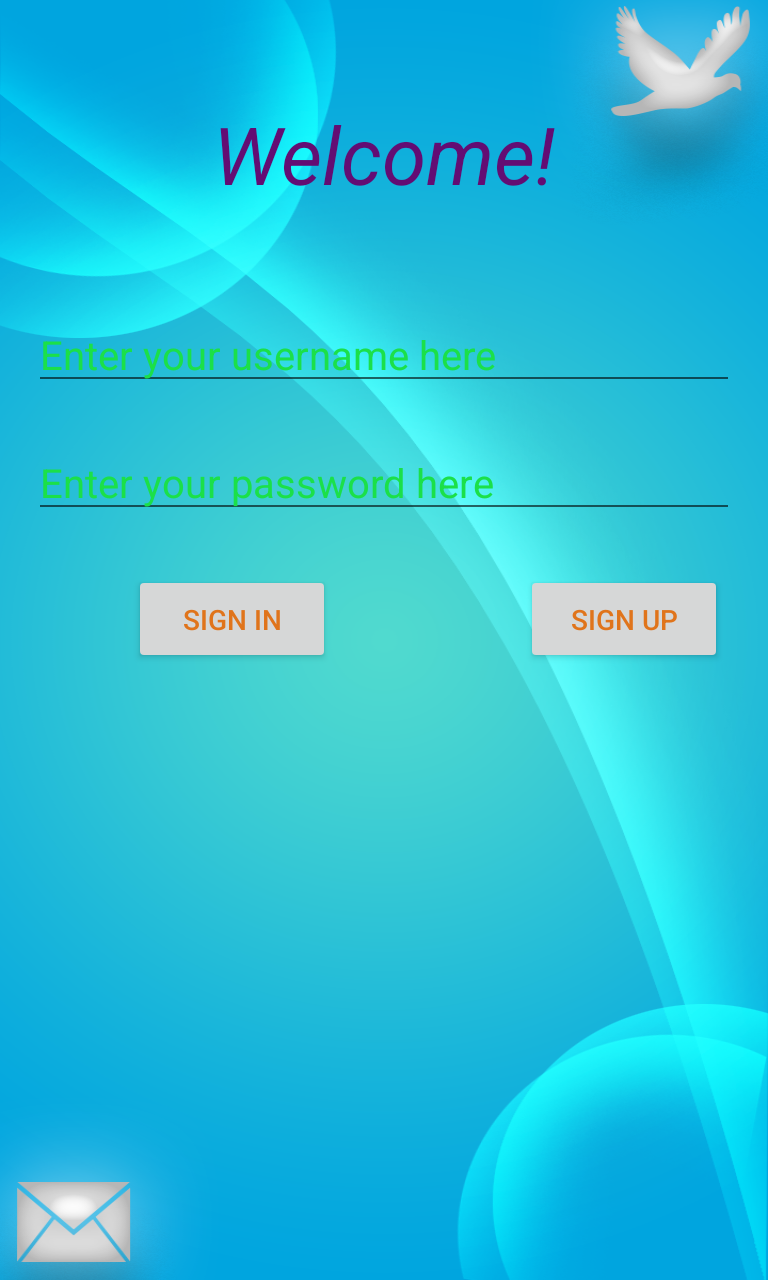
Repository: JodyCoolit/android
Layout: Delivery/res/layout/activity_login.xml
An editor plug-in stored every save of this project. The layout is shown before and after the next save, followed by the edit.
It is drawn on a 768 x 1280 px phone screen (xhdpi) without system bars, with theme AppTheme; the app's code is not run.

Above is the layout before, as saved 2014-08-22 06:45:58.

### Delivery/res/layout/activity_login.xml
<?xml version="1.0" encoding="utf-8"?>
<LinearLayout xmlns:android="http://schemas.android.com/apk/res/android"
    android:layout_width="match_parent"
    android:layout_height="match_parent"
    android:paddingLeft="16dp"
    android:paddingRight="16dp"
    android:orientation="vertical"
    android:background="@drawable/bg_login"
    >

    <TextView
        android:layout_marginTop="50sp"
        android:layout_width="wrap_content"
        android:layout_height="wrap_content"
        android:text="@string/welcome"
        android:textSize="40sp"
        android:layout_gravity="center"
        android:textStyle="italic"
        android:textColor="#630D73"
         />
	<EditText
	    android:id="@+id/et_login_username"
	    android:textColorHint="#1BE049"
	    android:textColor="#1BE011"
	    android:layout_marginTop="50sp"
	    android:textSize="20sp"
        android:layout_width="match_parent"
        android:layout_height="wrap_content"
        android:hint="@string/hint_username" />
    <EditText
        android:id="@+id/et_login_password"
        android:textColor="#1BE011"
        android:textColorHint="#1BE049"
        android:layout_marginTop="20sp"
        android:textSize="20sp"
        android:layout_width="match_parent"
         android:layout_height="wrap_content"
        android:gravity="top"
        android:hint="@string/hint_password" />
    <LinearLayout
        android:layout_width="match_parent"
    	android:layout_height="wrap_content">
        <Button
            android:id="@+id/btn_signin"
	        android:textColor="#E0741B"
	        android:layout_marginTop="10sp"
	        android:layout_marginLeft="50sp"
	        android:layout_width="100dp"
	        android:layout_height="wrap_content"
	        android:layout_gravity="center"
	        android:text="@string/btn_signin" />

        <ProgressBar
        android:id="@+id/pb_login"
        style="?android:attr/progressBarStyleLarge"
        android:layout_width="wrap_content"
        android:layout_height="wrap_content" />

     	<Button
         	android:id="@+id/btn_signup"
	        android:textColor="#E0741B"
	        android:layout_marginTop="10sp"
	        android:layout_marginLeft="20sp"
	        android:layout_width="100dp"
	        android:layout_height="wrap_content"
	        android:layout_gravity="center"
	        android:text="@string/btn_signup" />
    </LinearLayout>

</LinearLayout>

### Delivery/res/values/strings.xml
<?xml version="1.0" encoding="utf-8"?>
<resources>
    <string name="app_name">Delivery</string>
    <string name="signup">Sign Up</string>

    <!-- LoginActivity -->
    <string name="welcome">Welcome!</string>
	<string name="btn_signin">Sign in</string>
	<string name="btn_signup">Sign up</string>
	<string name="hint_username">Enter your username here</string>
	<string name="hint_password">Enter your password here</string>

	<!--  SignupActivity -->
	<string name="tv_signup_username">Username : </string>
	<string name="tv_signup_password">Password : </string>
	<string name="hint_signup_username">E-mail/Username/IC</string>
	<string name="hint_signup_password">Case Sencetive</string>
	<string name="hint_signup_address">Address for delivery</string>
	<string name="tv_signup_phone">Phone : </string>
	<string name="tv_signup_email">E-mail : </string>
	<string name="tv_signup_address">Address : </string>
	<string name="btn_signup_register">Register Now!</string>
</resources>

Loaded but not shown: Delivery/res/values/styles.xml (common file); Delivery/res/values-v11/styles.xml (common file); Delivery/res/values-v14/styles.xml (common file)

After the next save:
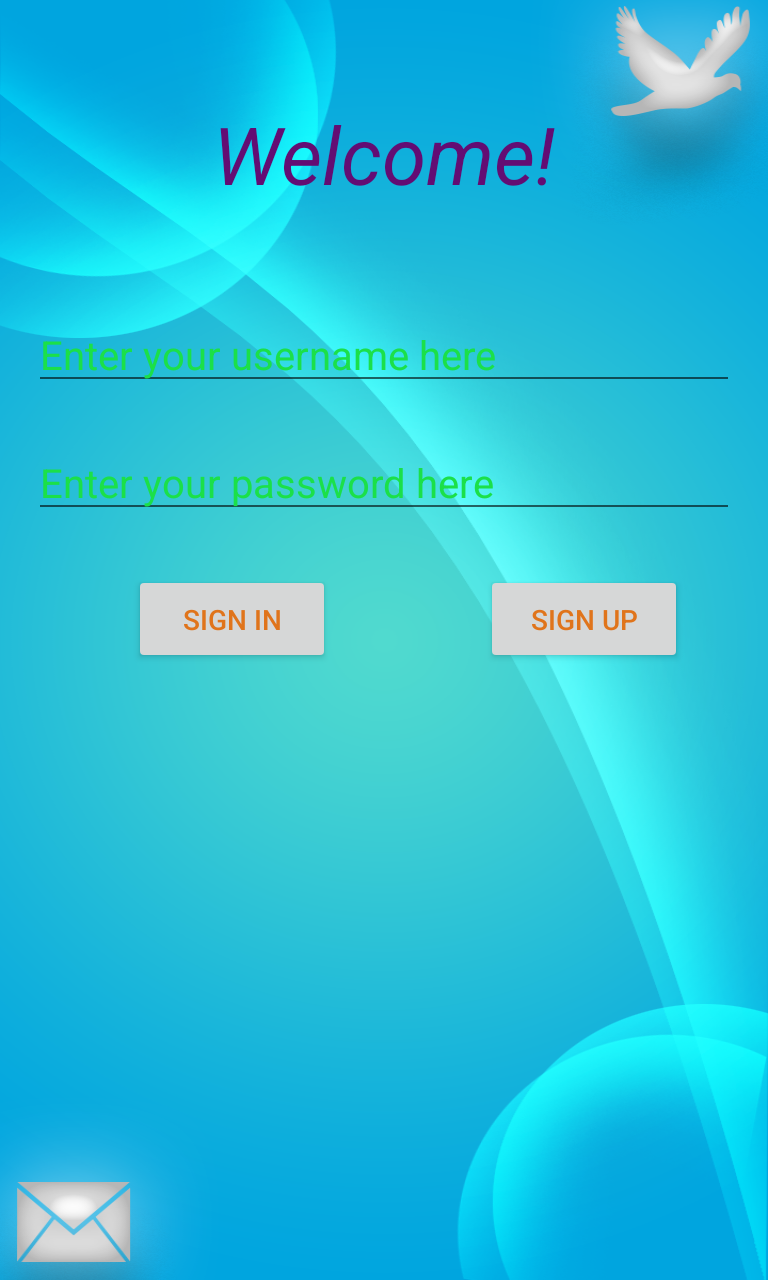
Saved 5 s later.
--- a/Delivery/res/layout/activity_login.xml
+++ b/Delivery/res/layout/activity_login.xml
@@ -60,7 +60,7 @@
          	android:id="@+id/btn_signup"
 	        android:textColor="#E0741B"
 	        android:layout_marginTop="10sp"
-	        android:layout_marginLeft="20sp"
+	        android:layout_marginLeft="0sp"
 	        android:layout_width="100dp"
 	        android:layout_height="wrap_content"
 	        android:layout_gravity="center"
